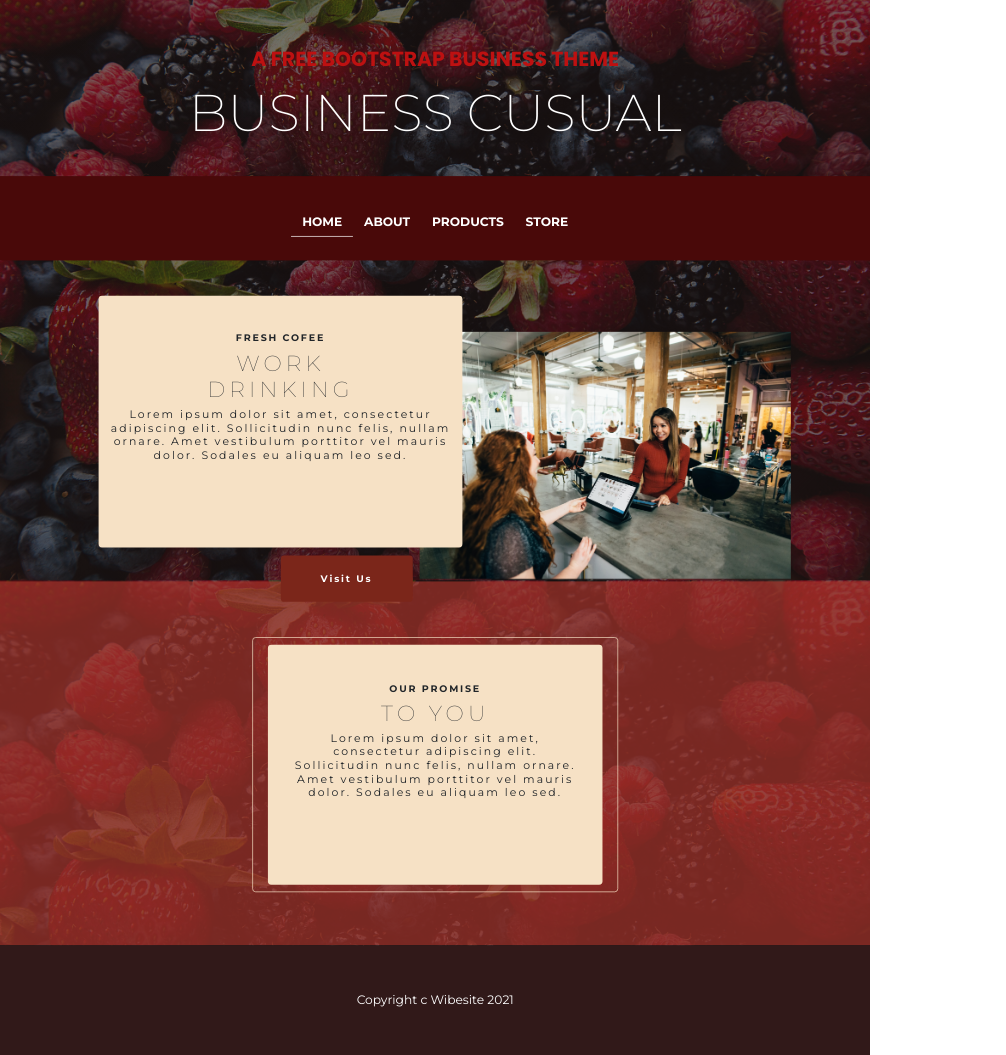
Repository: wadelfadill/tache_7_Business_bootstrap_theme
Page: index.html
These files come from the project's save history. The page is drawn as it stood at one moment and after the next save; the edit follows.
The browser window is 1280 px wide. The page is 1280 px wide, then 1480 px, so the pictures cover 1480 px, including what lies to the right of the window. The pictures show the whole page, at 68% of full size.
Backgrounds fixed to the window are drawn as part of the page.

Above is the page before, as saved 2023-04-28 23:25:03.

After the next save:
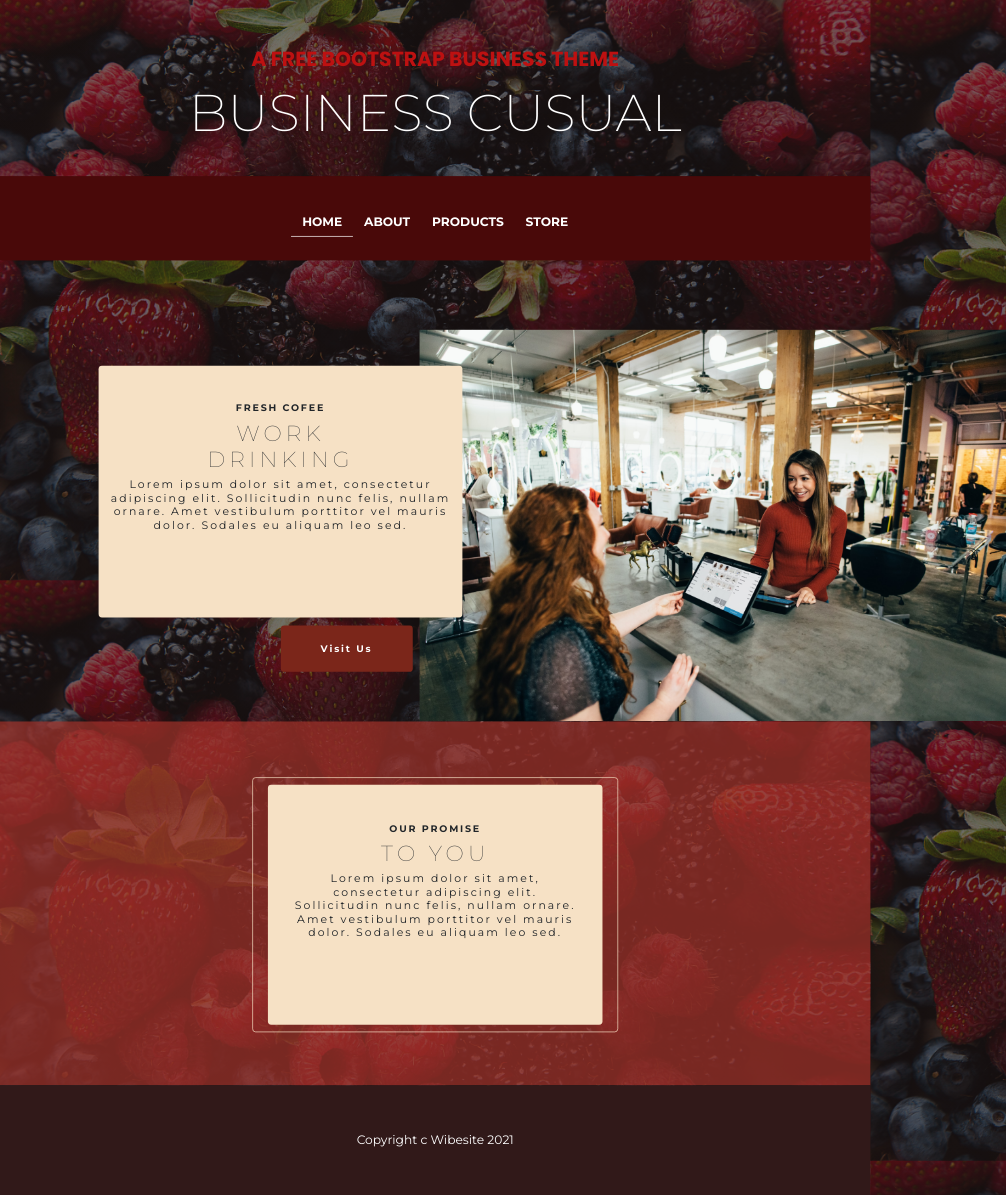
Saved 99 s later.
--- a/css/index_style.css
+++ b/css/index_style.css
@@ -69,7 +69,7 @@
     position: relative;
     bottom: -80px;
 }
-#first_section .div-2{
+/* #first_section .div-2{
     background: url("../images/home-img1.png");
     height: 576.04px;
     max-width: 864px;
@@ -77,8 +77,11 @@
     background-size: cover;
     margin-bottom: 101px;
     min-width: 535px;
+} */
+#first_section img{
+    max-width: 864px;
+    height: 576.04px;
 }
-
 /* ===== second section ====== */
 #second_section{
     width: 100%;
